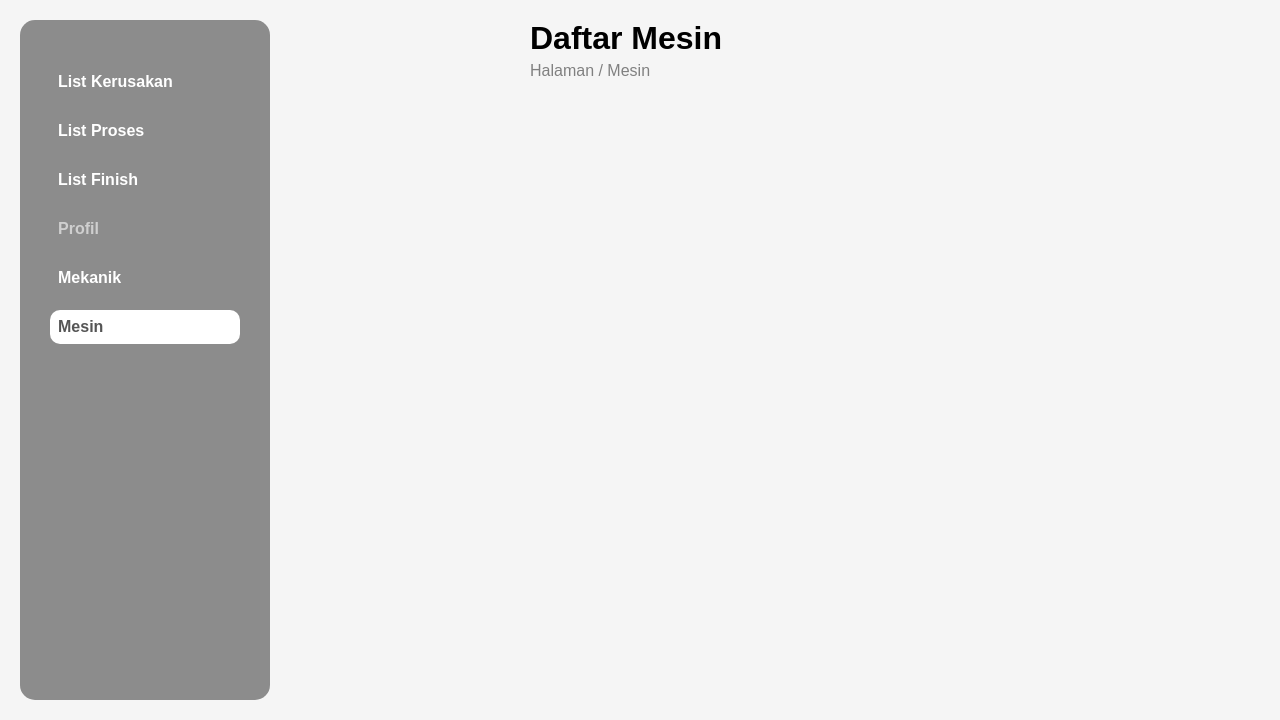
Repository: 1rHub/maintenance
Page: http://localhost/mesin.php
These files come from the project's save history. The page is drawn as it stood at one moment and after the next save; the edit follows.
The browser window is 1280 px wide. The pictures show the whole page.
The page is run by PHP 8.4 with error messages shown; the project is at /var/www/html/. Queries for data that is not in the repository find no rows.

Above is the page before, as saved 2025-10-16 11:55:09.

After the next save:
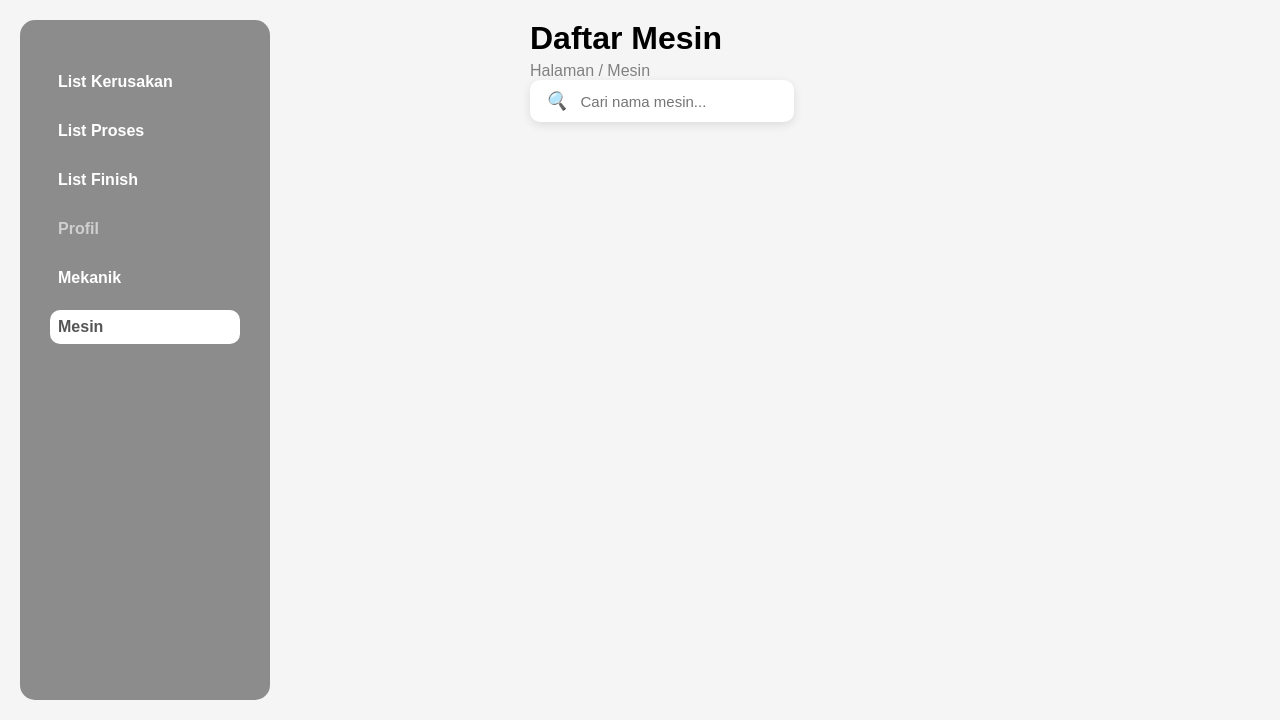
Saved 2 days later.
--- a/mesin.php
+++ b/mesin.php
@@ -2,7 +2,8 @@
 include "koneksi.php";
 include "sidebar.php";
 
-$result = mysqli_query($conn, "SELECT * FROM mesin ORDER BY nama ASC");
+// Ambil semua mesin
+$result = mysqli_query($conn, "SELECT * FROM mesin ORDER BY nama_mesin ASC");
 $mesin_list = mysqli_fetch_all($result, MYSQLI_ASSOC);
 ?>
 
@@ -12,24 +13,124 @@ $mesin_list = mysqli_fetch_all($result, MYSQLI_ASSOC);
     <meta charset="UTF-8">
     <title>Data Mesin</title>
     <link rel="stylesheet" href="assets/css/style.css">
+    <style>
+        /* Search bar */
+        .search-box {
+            width: 100%;
+            max-width: 400px;
+            margin-bottom: 25px;
+            display: flex;
+            align-items: center;
+            background: white;
+            border-radius: 10px;
+            box-shadow: 0 3px 10px rgba(0,0,0,0.1);
+            padding: 10px 15px;
+        }
+
+        .search-box input {
+            flex: 1;
+            border: none;
+            outline: none;
+            font-size: 15px;
+            padding-left: 5px;
+            background: transparent;
+        }
+
+        .search-box i {
+            color: #39c6ed;
+            font-size: 18px;
+            margin-right: 8px;
+        }
+
+        /* Mesin cards */
+        .mesin-list {
+            display: grid;
+            grid-template-columns: repeat(auto-fill, minmax(200px, 1fr));
+            gap: 18px;
+            margin-top: 15px;
+        }
+
+        .mesin-card {
+            background: white;
+            border-radius: 12px;
+            padding: 18px;
+            text-align: center;
+            font-weight: 600;
+            color: #333;
+            box-shadow: 0 3px 10px rgba(0,0,0,0.1);
+            cursor: pointer;
+            transition: all 0.25s ease;
+        }
+
+        .mesin-card:hover {
+            background: #39c6ed;
+            color: white;
+            transform: translateY(-4px);
+            box-shadow: 0 5px 15px rgba(57,198,237,0.4);
+        }
+
+        /* Popup Riwayat */
+        #popupRiwayatMesin .popup-content {
+            width: 90%;
+            max-width: 900px;
+            max-height: 85vh;
+            overflow-y: auto;
+        }
+
+        #popupRiwayatMesin table {
+            width: 100%;
+            border-collapse: collapse;
+            margin-top: 15px;
+        }
+
+        #popupRiwayatMesin th, #popupRiwayatMesin td {
+            border: 1px solid #ccc;
+            padding: 8px;
+            font-size: 13px;
+            text-align: left;
+        }
+
+        #popupRiwayatMesin thead {
+            background: #39c6ed;
+            color: white;
+        }
+
+        #popupRiwayatMesin h2 {
+            margin-bottom: 10px;
+        }
+
+        #popupRiwayatMesin p {
+            text-align: center;
+            font-size: 14px;
+            color: #666;
+            margin-top: 10px;
+        }
+    </style>
 </head>
 <body>
     <div class="mekanik-container">
         <h1>Daftar Mesin</h1>
         <p class="breadcrumb">Halaman / Mesin</p>
 
-        <div class="mekanik-list">
+        <!-- 🔍 Search -->
+        <div class="search-box">
+            <i>🔍</i>
+            <input type="text" id="searchMesin" placeholder="Cari nama mesin...">
+        </div>
+
+        <!-- 🧱 Daftar Mesin -->
+        <div class="mesin-list" id="mesinList">
             <?php foreach ($mesin_list as $m): ?>
-                <div class="mekanik-card" onclick="openRiwayatMesin('<?= htmlspecialchars($m['nama']) ?>')">
-                    <?= htmlspecialchars($m['nama']) ?>
+                <div class="mesin-card" onclick="openRiwayatMesin('<?= htmlspecialchars($m['nama_mesin']) ?>')">
+                    <?= htmlspecialchars($m['nama_mesin']) ?>
                 </div>
             <?php endforeach; ?>
         </div>
     </div>
 
-    <!-- Popup Riwayat Mesin -->
+    <!-- 📋 Popup Riwayat Mesin -->
     <div class="popup" id="popupRiwayatMesin">
-        <div class="popup-content" style="width:90%; max-width:900px;">
+        <div class="popup-content">
             <span class="close-btn" onclick="closeRiwayatMesin()">&times;</span>
             <h2 id="riwayatMesinTitle">Riwayat Mesin</h2>
 
@@ -42,44 +143,58 @@ $mesin_list = mysqli_fetch_all($result, MYSQLI_ASSOC);
                         <th>Keterangan</th>
                         <th>Mekanik</th>
                         <th>Pesan Mekanik</th>
+                        <th>Kategori</th>
                     </tr>
                 </thead>
                 <tbody id="riwayatMesinTable">
-                    <tr><td colspan="6" style="text-align:center;">Pilih mesin untuk melihat riwayat.</td></tr>
+                    <tr><td colspan="7" style="text-align:center;">Pilih mesin untuk melihat riwayat.</td></tr>
                 </tbody>
             </table>
         </div>
     </div>
 
     <script>
+        // 🔍 Live search mesin
+        document.getElementById('searchMesin').addEventListener('input', function() {
+            const query = this.value.toLowerCase();
+            const cards = document.querySelectorAll('.mesin-card');
+            cards.forEach(card => {
+                const nama = card.textContent.toLowerCase();
+                card.style.display = nama.includes(query) ? 'block' : 'none';
+            });
+        });
+
+        // 📋 Buka popup riwayat mesin
         function openRiwayatMesin(namaMesin) {
+            const popup = document.getElementById('popupRiwayatMesin');
+            const tbody = document.getElementById('riwayatMesinTable');
             document.getElementById('riwayatMesinTitle').textContent = `Riwayat Mesin: ${namaMesin}`;
-            document.getElementById('popupRiwayatMesin').style.display = 'flex';
+            popup.style.display = 'flex';
+
             fetch(`riwayat_mesin.php?nama=${encodeURIComponent(namaMesin)}`)
                 .then(res => res.json())
                 .then(data => {
-                    const tbody = document.getElementById('riwayatMesinTable');
                     tbody.innerHTML = "";
                     if (data.length === 0) {
-                        tbody.innerHTML = "<tr><td colspan='6' style='text-align:center;'>Belum ada riwayat perbaikan.</td></tr>";
+                        tbody.innerHTML = "<tr><td colspan='7' style='text-align:center;'>Belum ada riwayat perbaikan.</td></tr>";
                         return;
                     }
                     data.forEach(item => {
                         const tr = document.createElement("tr");
                         tr.innerHTML = `
                             <td>${item.tanggal}</td>
-                            <td>${item.reporter_name}</td>
+                            <td>${item.nama}</td>
                             <td>${item.divisi}</td>
                             <td>${item.pesan}</td>
-                            <td>${item.mekanik}</td>
-                            <td>${item.pesan_mekanik}</td>
+                            <td>${item.nama_mekanik || '-'}</td>
+                            <td>${item.pesan_mekanik || '-'}</td>
+                            <td>${item.kategori}</td>
                         `;
                         tbody.appendChild(tr);
                     });
                 })
                 .catch(() => {
-                    document.getElementById('riwayatMesinTable').innerHTML =
-                        "<tr><td colspan='6' style='text-align:center;'>Gagal memuat data.</td></tr>";
+                    tbody.innerHTML = "<tr><td colspan='7' style='text-align:center;'>Gagal memuat data.</td></tr>";
                 });
         }
 
